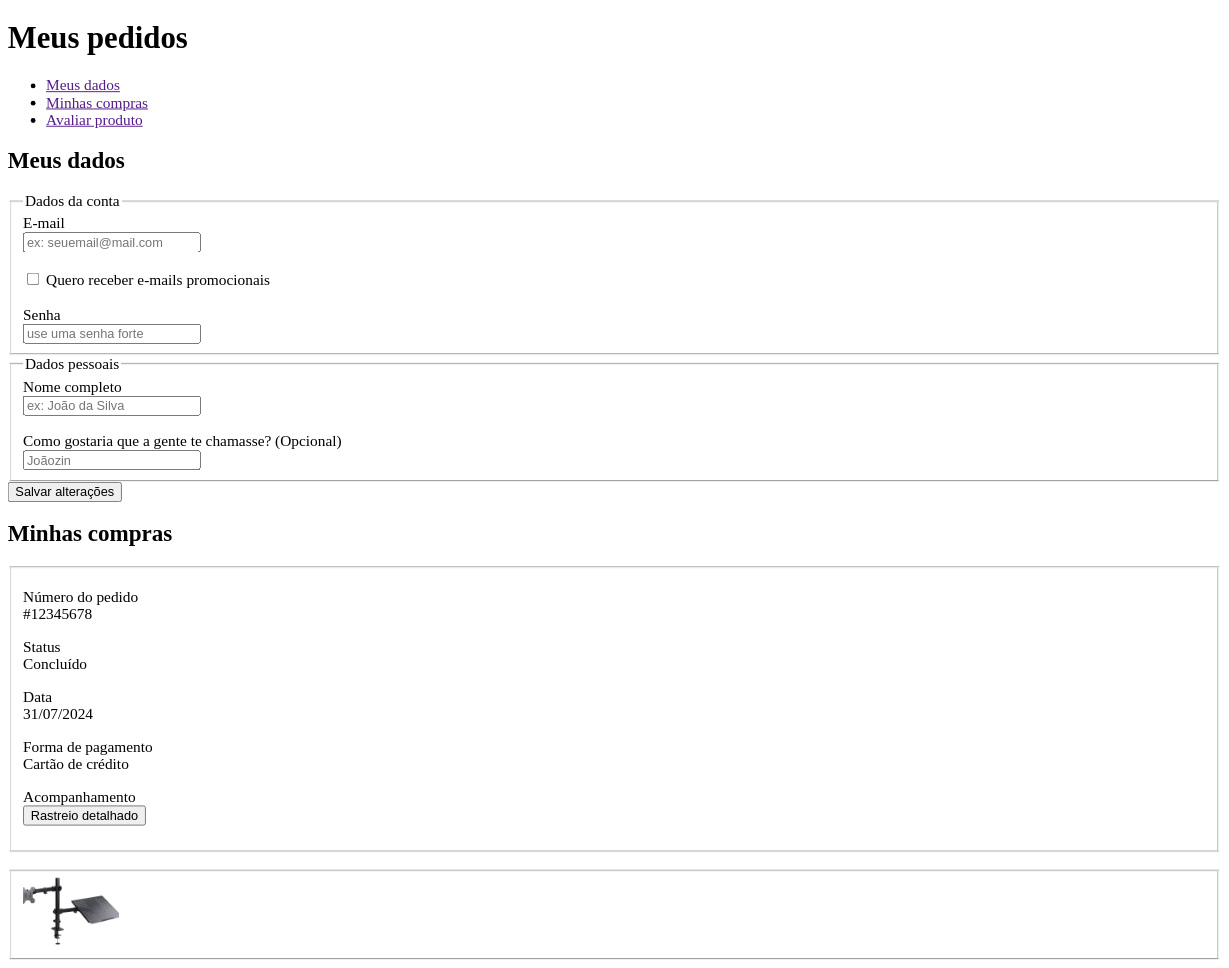
Repository: claudemir-camargo/site-compras
Page: index.html
An editor plug-in stored every save of this project. The page is shown before and after the next save, followed by the edit.
The browser window is 1280 px wide. The pictures show the whole page, at 96% of full size.

Above is the page before, as saved 2024-03-03 14:59:32.

### index.html
<!DOCTYPE html>
<html lang="en">

<head>
    <meta charset="UTF-8">
    <meta name="viewport" content="width=device-width, initial-scale=1.0">
    <link rel="stylesheet" type="text/css" href="css/style.css" />
    <title>Site de Compras</title>
</head>

<body>
    <h1>Meus pedidos</h1>
    <ul>
        <li><a href="">Meus dados</a></li>
        <li><a href="">Minhas compras</a></li>
        <li><a href="">Avaliar produto</a></li>
    </ul>
    <h2>Meus dados</h2>
    <!-- Conta -->
    <fieldset>
        <legend>Dados da conta</legend>
        <form>
            <label>E-mail</label><br>
            <input type="email" id="email" name="email" placeholder="ex: seuemail@mail.com"><br><br>
            <input type="checkbox">
            <label>Quero receber e-mails promocionais</label><br><br>
            <label>Senha</label><br>
            <input type="password" placeholder="use uma senha forte">
        </form>
    </fieldset>
    <!-- Pessoais -->
    <fieldset>
        <legend>Dados pessoais</legend>
        <form>
            <label>Nome completo</label><br>
            <input type="text" placeholder="ex: João da Silva"><br><br>
            <label>Como gostaria que a gente te chamasse? (Opcional) </label><br>
            <input type="text" placeholder="Joãozin">
        </form>
    </fieldset>
    <button type="button">Salvar alterações</button>
    <!-- Minhas compras -->
    <h2>Minhas compras</h2>
    <fieldset>
        <div class="details">
            <p>Número do pedido<br>#12345678</p>
            Status<br>Concluído
            <p>Data<br>31/07/2024</p>
            <p>Forma de pagamento<br>Cartão de crédito</p>
            <p>Acompanhamento<br><button>Rastreio detalhado</button></p>
    </fieldset>
    <!-- Produto -->
    <br>
    <fieldset>
        <img src="img/suporte.jpg" alt="Suporte">
    </fieldset>


</body>

</html>

### css/style.css
img {
    width: 100px;
    height: 70px;
    object-fit: cover;
}

After the next save:
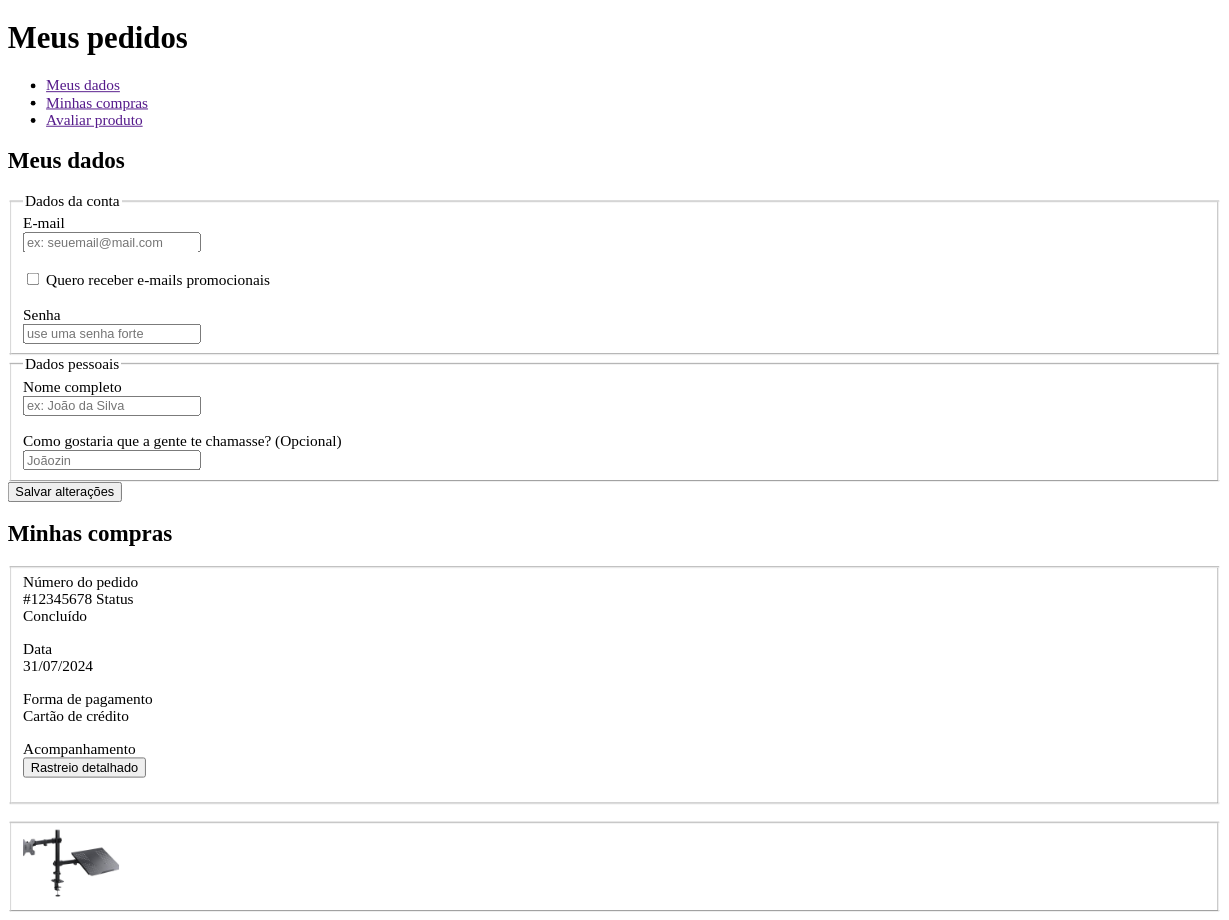
Saved 21 s later.
--- a/index.html
+++ b/index.html
@@ -43,7 +43,7 @@
     <h2>Minhas compras</h2>
     <fieldset>
         <div class="details">
-            <p>Número do pedido<br>#12345678</p>
+            Número do pedido<br>#12345678
             Status<br>Concluído
             <p>Data<br>31/07/2024</p>
             <p>Forma de pagamento<br>Cartão de crédito</p>

After the save that followed:
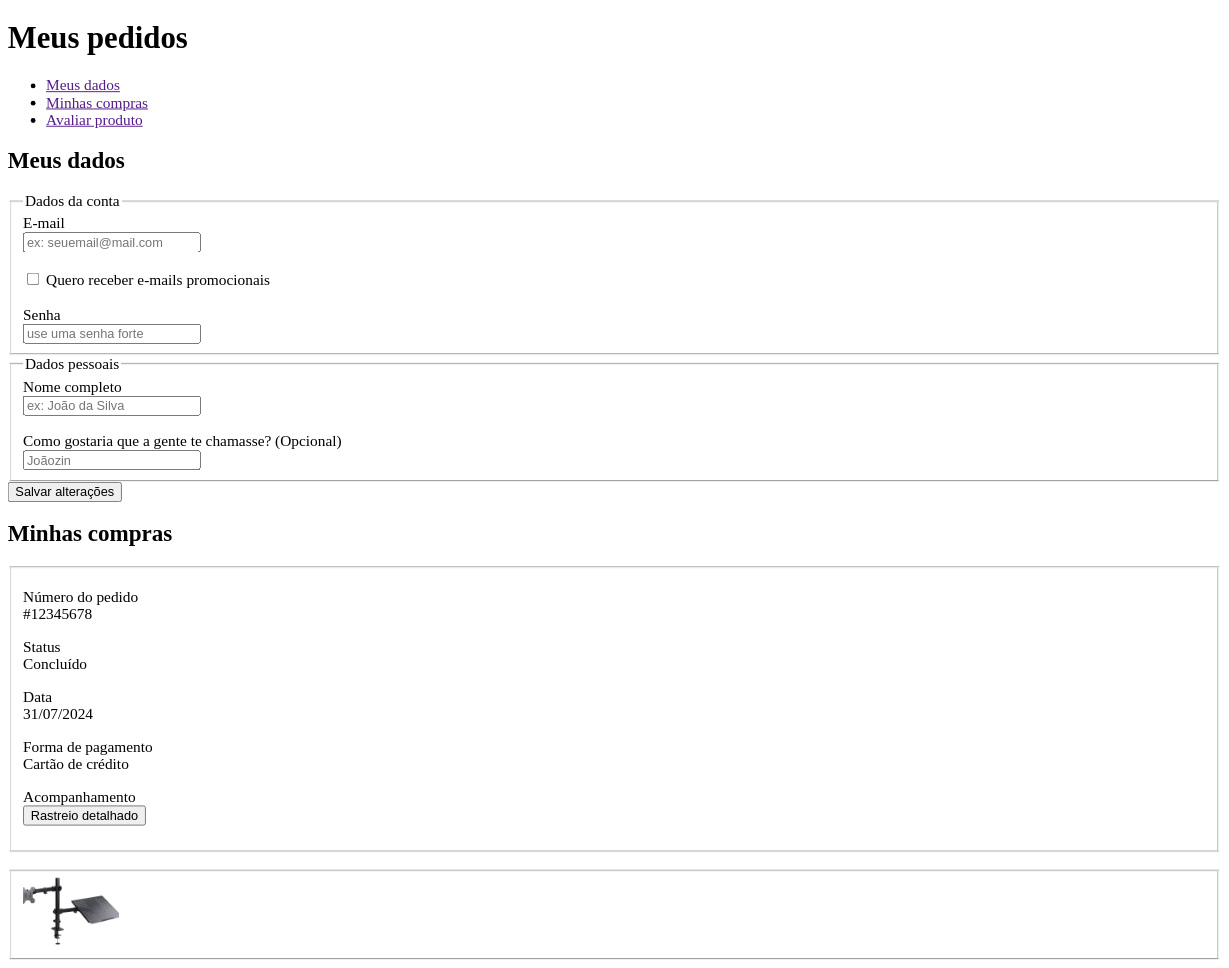
Saved 16 s later.
--- a/index.html
+++ b/index.html
@@ -43,8 +43,8 @@
     <h2>Minhas compras</h2>
     <fieldset>
         <div class="details">
-            Número do pedido<br>#12345678
-            Status<br>Concluído
+            <p>Número do pedido<br>#12345678</p>
+            <p>Status<br>Concluído</p>
             <p>Data<br>31/07/2024</p>
             <p>Forma de pagamento<br>Cartão de crédito</p>
             <p>Acompanhamento<br><button>Rastreio detalhado</button></p>
